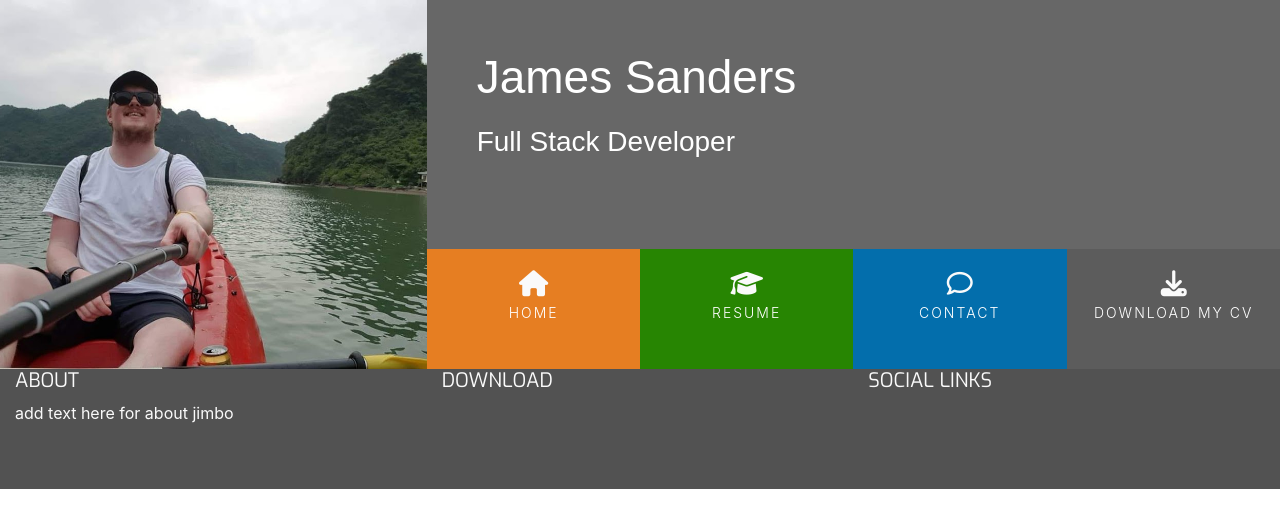
Repository: JaySanders95/my-online-resume
Page: index.html
An editor plug-in stored every save of this project. The page is shown before and after the next save, followed by the edit.
The browser window is 1280 px wide. The pictures show the whole page.
Some web fonts or font styles are not loaded; a fallback is used. Some web libraries are served in a nearby version.

Above is the page before, as saved 2023-04-19 17:43:20.

After the next save:
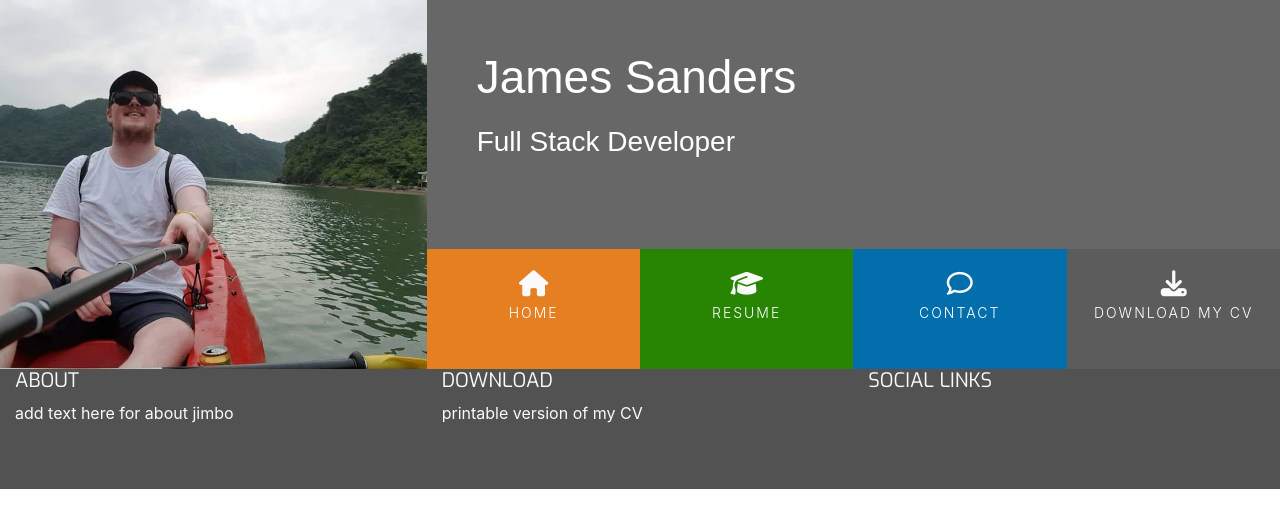
Saved 52 s later.
--- a/index.html
+++ b/index.html
@@ -56,6 +56,8 @@
             </div>
             <div class="col-sm-4">
                 <h5 class="uppercase general-sub">Download</h5>
+                <p class="inline-block"> printable version of my CV</p>
+                <a href="#" target="_blank" class="cv-pdf"></a>
             </div>
             <div class="col-sm-4">
                 <h5 class="uppercase general-sub">Social links</h5>
